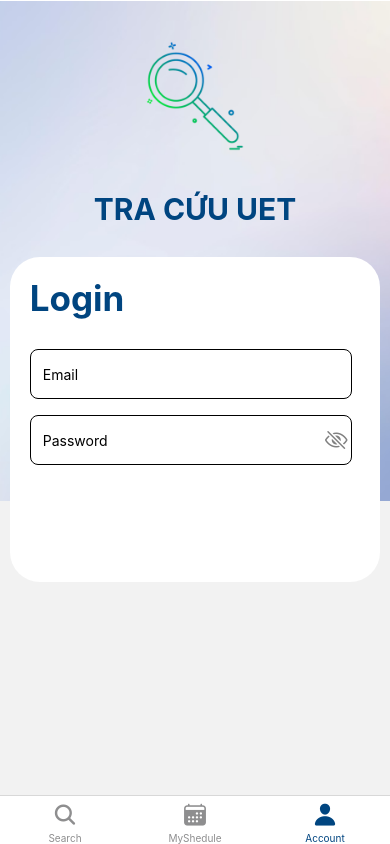
Repository: nguyenkhackien/Student-Progress-Tracker-
Screen: /Account (app in MyApp/)
An editor plug-in stored every save of this project. The screen is shown before and after the next save, followed by the edit.
The app was drawn by React Native's web renderer in a window 390 px wide. The project was rebuilt for these pictures with package versions that can differ from the ones it lists, and the page was loaded fresh each time. Also part of the build but not shown: MyApp/src/components/MyScheduleScreen.js.

Above is the screen before, as saved 2024-07-21 21:57:21.

After the next save:
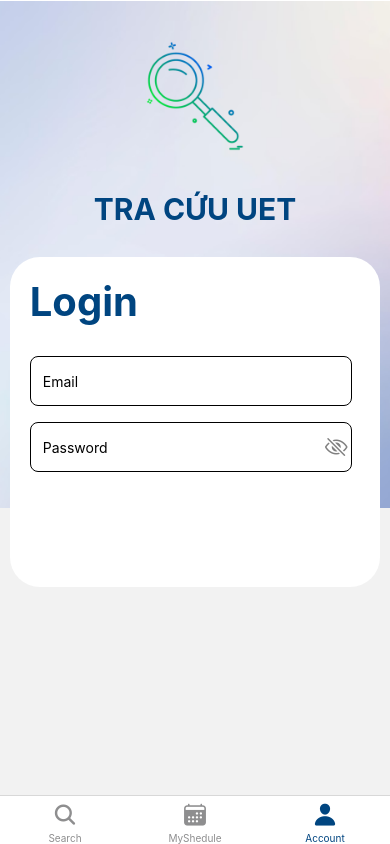
Saved 5 s later.
--- a/MyApp/src/components/LoginScreen.js
+++ b/MyApp/src/components/LoginScreen.js
@@ -33,7 +33,7 @@ const LoginScreen = () => {
                     <Text style={styles.title}>TRA CỨU UET</Text>
                     <View style={styles.loginContainer}>
                         <Text style={styles.title}>
-                            <Text style={{fontSize:35}}>Login</Text>
+                            <Text style={{fontSize:40}}>Login</Text>
                         </Text>
                         <View style={styles.inputContainer}>
                             <TextInput
